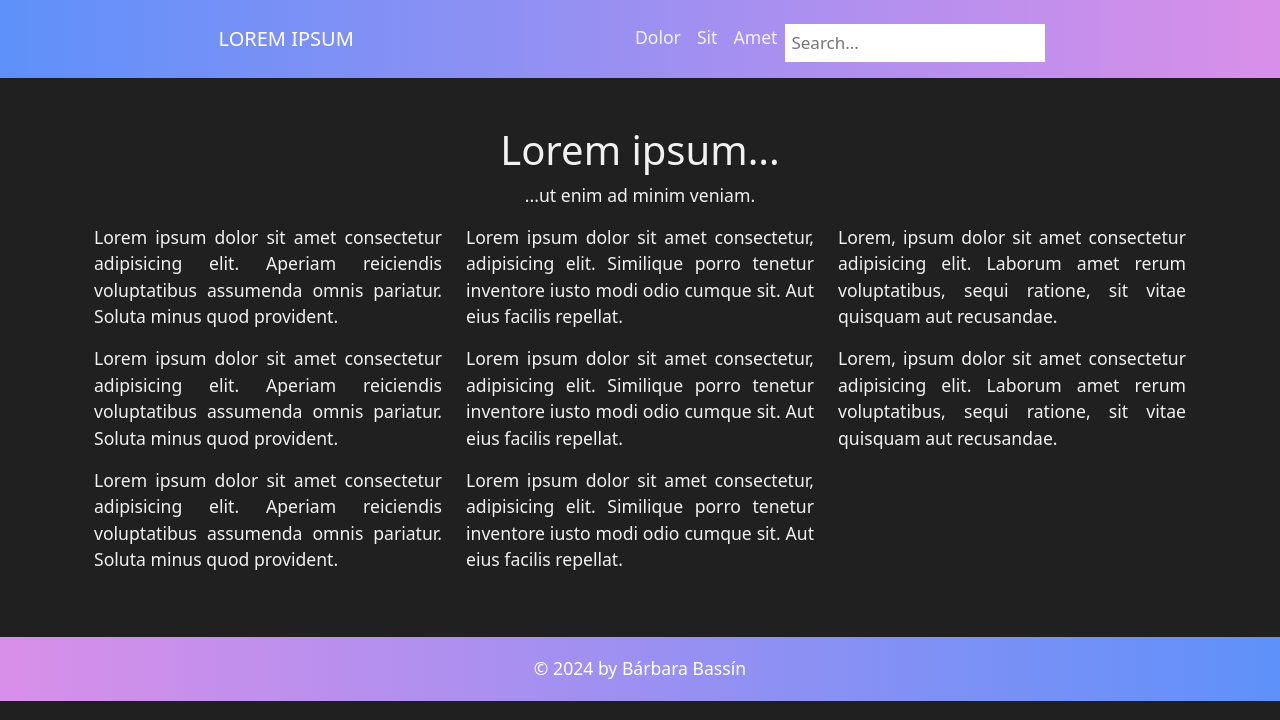
Repository: romancegirl/responsiveness
Page: index.html
The author's editor kept a copy of each file at every save. The page is drawn from the files as they stood at one save, then again after the next save.
The browser window is 1280 px wide. The pictures show the whole page.

Above is the page before, as saved 2024-11-19 19:22:09.

After the next save:
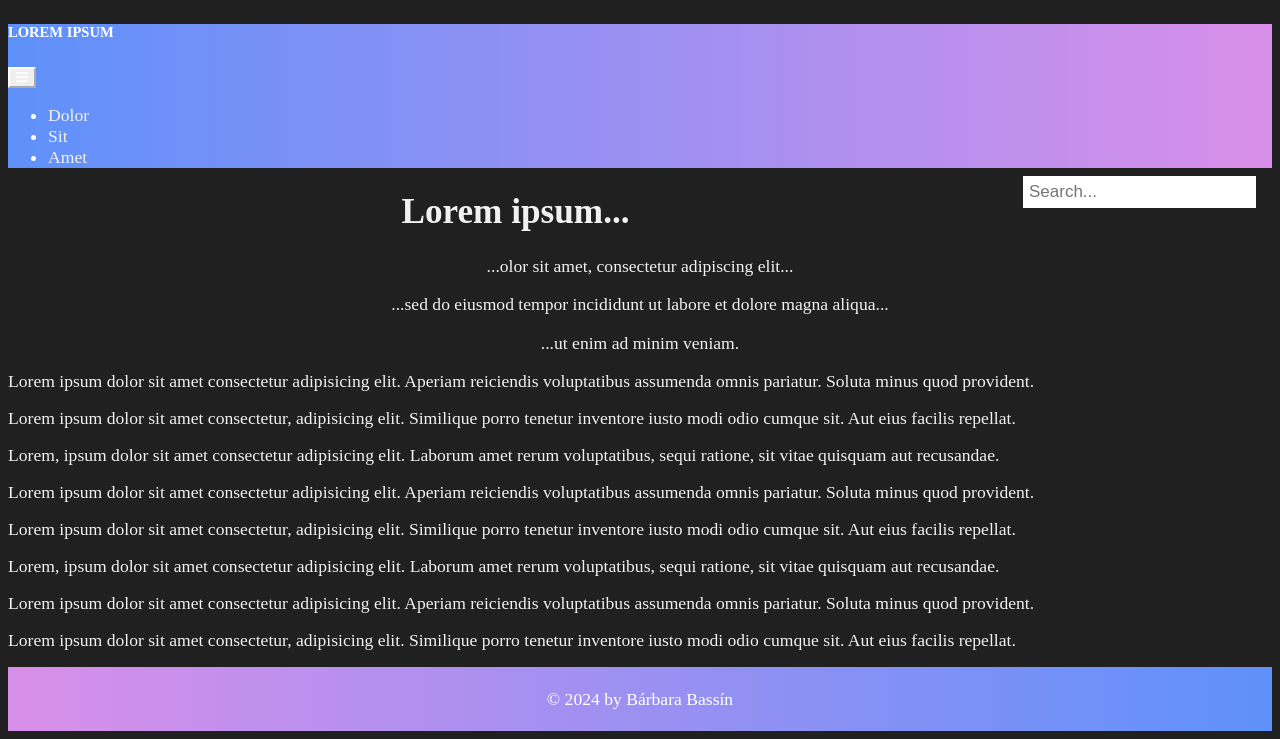
Saved 16 s later.
--- a/index.html
+++ b/index.html
@@ -5,7 +5,6 @@
     <meta charset="UTF-8">
     <meta name="viewport" content="width=device-width, initial-scale=1.0">
     <title>Portfolio - Bárbara Bassín</title>
-    <link href="https://cdn.jsdelivr.net/npm/bootstrap@5.3.0/dist/css/bootstrap.min.css" rel="stylesheet">
     <link rel="stylesheet" href="https://cdnjs.cloudflare.com/ajax/libs/font-awesome/6.0.0-beta3/css/all.min.css">
     <link rel="stylesheet" href="css/header-and-footer.css">
     <link rel="stylesheet" href="css/styles.css">

After the save that followed:
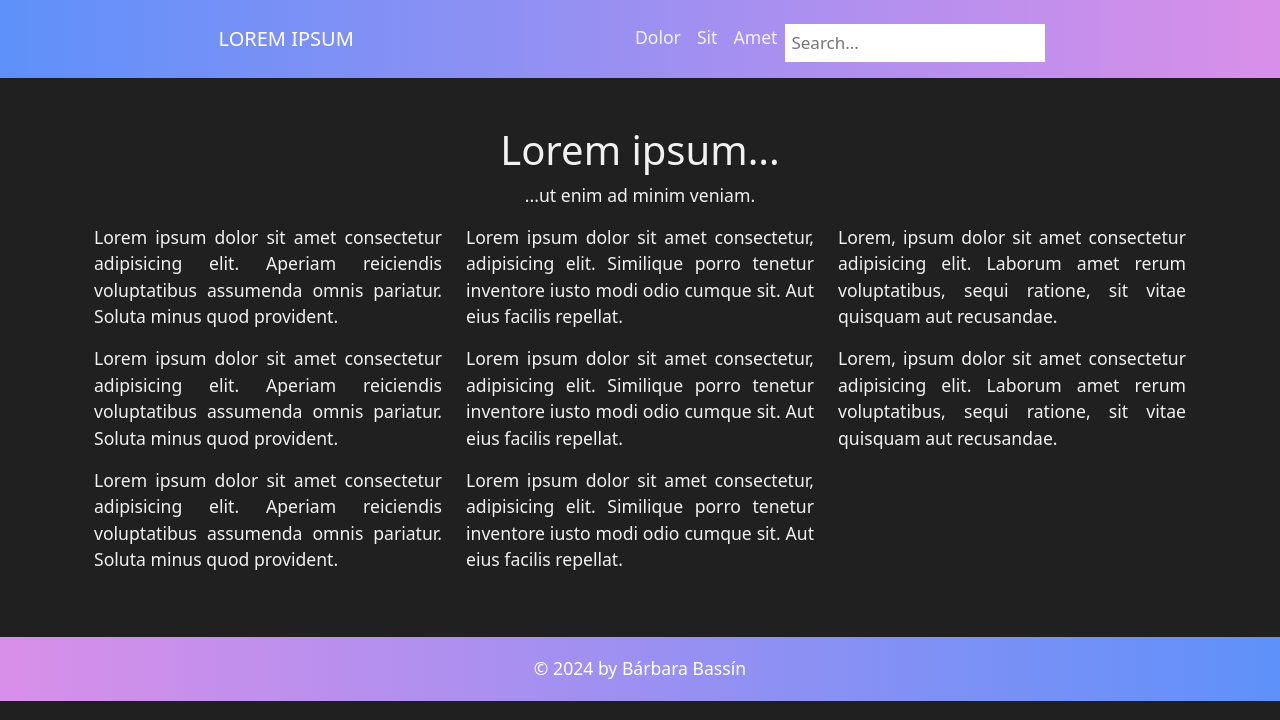
Saved 6 s later.
--- a/index.html
+++ b/index.html
@@ -5,6 +5,7 @@
     <meta charset="UTF-8">
     <meta name="viewport" content="width=device-width, initial-scale=1.0">
     <title>Portfolio - Bárbara Bassín</title>
+    <link href="https://cdn.jsdelivr.net/npm/bootstrap@5.3.0/dist/css/bootstrap.min.css" rel="stylesheet">
     <link rel="stylesheet" href="https://cdnjs.cloudflare.com/ajax/libs/font-awesome/6.0.0-beta3/css/all.min.css">
     <link rel="stylesheet" href="css/header-and-footer.css">
     <link rel="stylesheet" href="css/styles.css">
